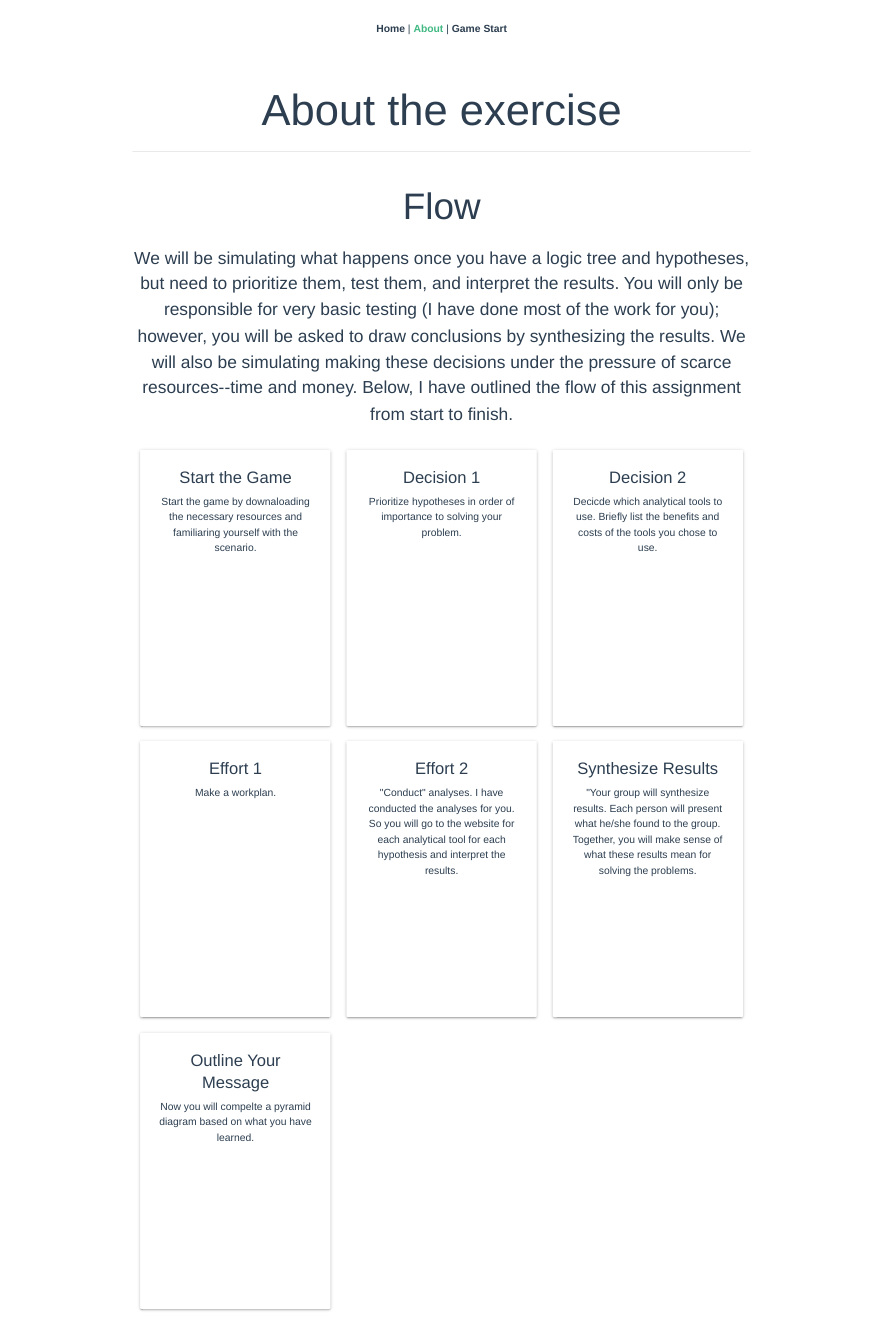
Repository: gallard28/posc4210app
Page: /#/about
The author's editor kept a copy of each file at every save. The page is drawn from the files as they stood at one save, then again after the next save.
The browser window is 1280 px wide. The pictures show the whole page, at 69% of full size.
The project was rebuilt for these pictures with package versions that can differ from the ones it lists, and the page was loaded fresh each time. Also part of the build but not shown: src/views/Home.vue, src/views/Start.vue.

Above is the page before, as saved 2020-09-20 18:43:16.

### public/index.html
<!DOCTYPE html>
<html lang="en">
  <head>
    <meta charset="utf-8">
    <meta http-equiv="X-UA-Compatible" content="IE=edge">
    <meta name="viewport" content="width=device-width,initial-scale=1.0">
    <link rel="icon" href="<%= BASE_URL %>favicon.ico">
    <title><%= htmlWebpackPlugin.options.title %></title>

    <!-- Materialize CSS -->
    <!-- Compiled and minified CSS -->
    <link rel="stylesheet" href="https://cdnjs.cloudflare.com/ajax/libs/materialize/1.0.0/css/materialize.min.css">

    <!-- Compiled and minified JavaScript -->
    <script src="https://cdnjs.cloudflare.com/ajax/libs/materialize/1.0.0/js/materialize.min.js"></script>

  </head>
  <body>
    <noscript>
      <strong>We're sorry but <%= htmlWebpackPlugin.options.title %> doesn't work properly without JavaScript enabled. Please enable it to continue.</strong>
    </noscript>
    <div id="app"></div>
    <!-- built files will be auto injected -->
  </body>
</html>

### src/App.vue
<template>
  <div id="app">
    <div id="nav">
      <router-link to="/">Home</router-link> |
      <router-link to="/about">About</router-link> |
      <router-link to="/start">Game Start</router-link>
    </div>
    <router-view/>
  </div>
</template>

<style>
#app {
  font-family: Avenir, Helvetica, Arial, sans-serif;
  -webkit-font-smoothing: antialiased;
  -moz-osx-font-smoothing: grayscale;
  text-align: center;
  color: #2c3e50;
}

#nav {
  padding: 30px;
}

#nav a {
  font-weight: bold;
  color: #2c3e50;
}

#nav a.router-link-exact-active {
  color: #42b983;
}
</style>

### src/router/index.js
import Vue from 'vue'
import VueRouter from 'vue-router'
import Home from '../views/Home.vue'
import Start from '../views/Start.vue'

Vue.use(VueRouter)

const routes = [
  {
    path: '/',
    name: 'Home',
    component: Home
  },
  {
    path: '/start',
    name: 'Start',
    component: Start
  },
  {
    path: '/about',
    name: 'About',
    // route level code-splitting
    // this generates a separate chunk (about.[hash].js) for this route
    // which is lazy-loaded when the route is visited.
    component: () => import(/* webpackChunkName: "about" */ '../views/About.vue')
  }
]

const router = new VueRouter({
  routes
})

export default router

### src/views/About.vue
<template>
  <div class="about container">
    <h1>About the exercise </h1>
    <div class="divider"></div>
    <div class="section">
      <div>
        <h2>Flow</h2>
      </div>
      <div class="row">
        <p class="flow-text">We will be simulating what happens once you have a logic tree and hypotheses, but need to prioritize them, test them, and interpret the results. You will only be responsible for very basic testing (I have done most of the work for you); however, you will be asked to draw conclusions by synthesizing the results. We will also be simulating making these decisions under the pressure of scarce resources--time and money. Below, I have outlined the flow of this assignment from start to finish.</p>
        <!-- Card 1 -->
        <div class="col s12 m4">
          <div class="card medium">
            <div class="card-content">
              <span class="card-title">Start the Game</span>
              <p>Start the game by downaloading the necessary resources and familiaring yourself with the scenario.</p>
            </div>
          </div>
        </div>
        <!-- Card 2 -->
        <div class="col s12 m4">
          <div class="card medium">
            <div class="card-content">
              <span class="card-title">Decision 1</span>
              <p>Prioritize hypotheses in order of importance to solving your problem.</p>
            </div>
          </div>
        </div>
        <!-- Card 3 -->
        <div class="col s12 m4">
          <div class="card medium">
            <div class="card-content">
              <span class="card-title">Decision 2</span>
              <p>Decicde which analytical tools to use. Briefly list the benefits and costs of the tools you chose to use.</p>
            </div>
          </div>
        </div>
        <!-- Card 4 -->
        <div class="col s12 m4">
          <div class="card medium">
            <div class="card-content">
              <span class="card-title">Effort 1</span>
              <p>Make a workplan.</p>
            </div>
          </div>
        </div>
        <!-- Card 5 -->
        <div class="col s12 m4">
          <div class="card medium">
            <div class="card-content">
              <span class="card-title">Effort 2</span>
              <p>"Conduct" analyses. I have conducted the analyses for you. So you will go to the website for each analytical tool for each hypothesis and interpret the results.</p>
            </div>
          </div>
        </div>
        <!-- Card 6 -->
        <div class="col s12 m4">
          <div class="card medium">
            <div class="card-content">
              <span class="card-title">Synthesize Results</span>
              <p>"Your group will synthesize results. Each person will present what he/she found to the group. Together, you will make sense of what these results mean for solving the problems.</p>
            </div>
          </div>
        </div>
        <!-- Card 7 -->
        <div class="col s12 m4">
          <div class="card medium">
            <div class="card-content">
              <span class="card-title">Outline Your Message</span>
              <p>Now you will compelte a pyramid diagram based on what you have learned.</p>
            </div>
          </div>
        </div>
      </div>
      <!-- End Row -->
    </div>
  </div>
</template>

<script>
export default {
  name:'About'
}
</script>

<style scoped>

</style>

Loaded but not shown: src/main.js (common file)

After the next save:
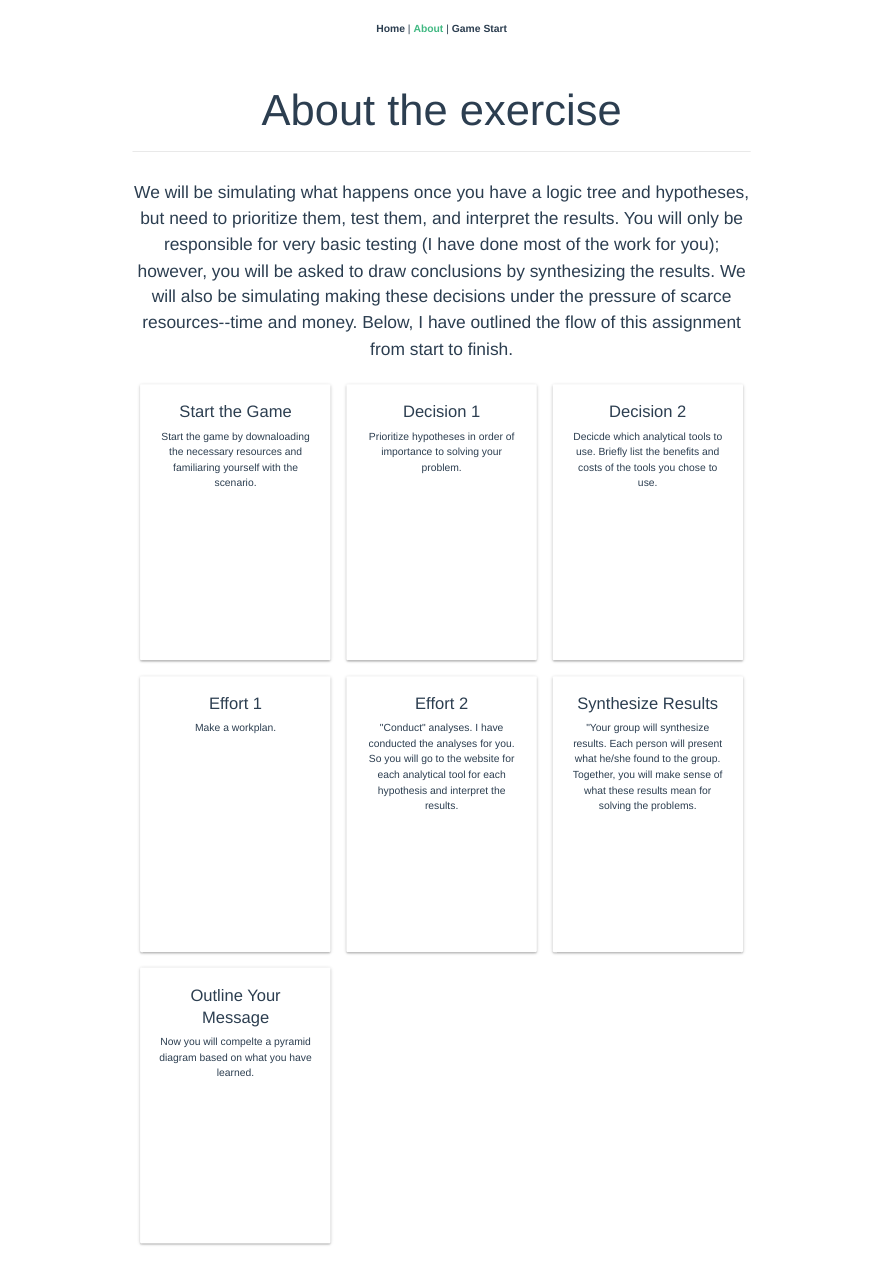
Saved 7 min 10 s later.
--- a/src/views/About.vue
+++ b/src/views/About.vue
@@ -3,9 +3,6 @@
     <h1>About the exercise </h1>
     <div class="divider"></div>
     <div class="section">
-      <div>
-        <h2>Flow</h2>
-      </div>
       <div class="row">
         <p class="flow-text">We will be simulating what happens once you have a logic tree and hypotheses, but need to prioritize them, test them, and interpret the results. You will only be responsible for very basic testing (I have done most of the work for you); however, you will be asked to draw conclusions by synthesizing the results. We will also be simulating making these decisions under the pressure of scarce resources--time and money. Below, I have outlined the flow of this assignment from start to finish.</p>
         <!-- Card 1 -->
